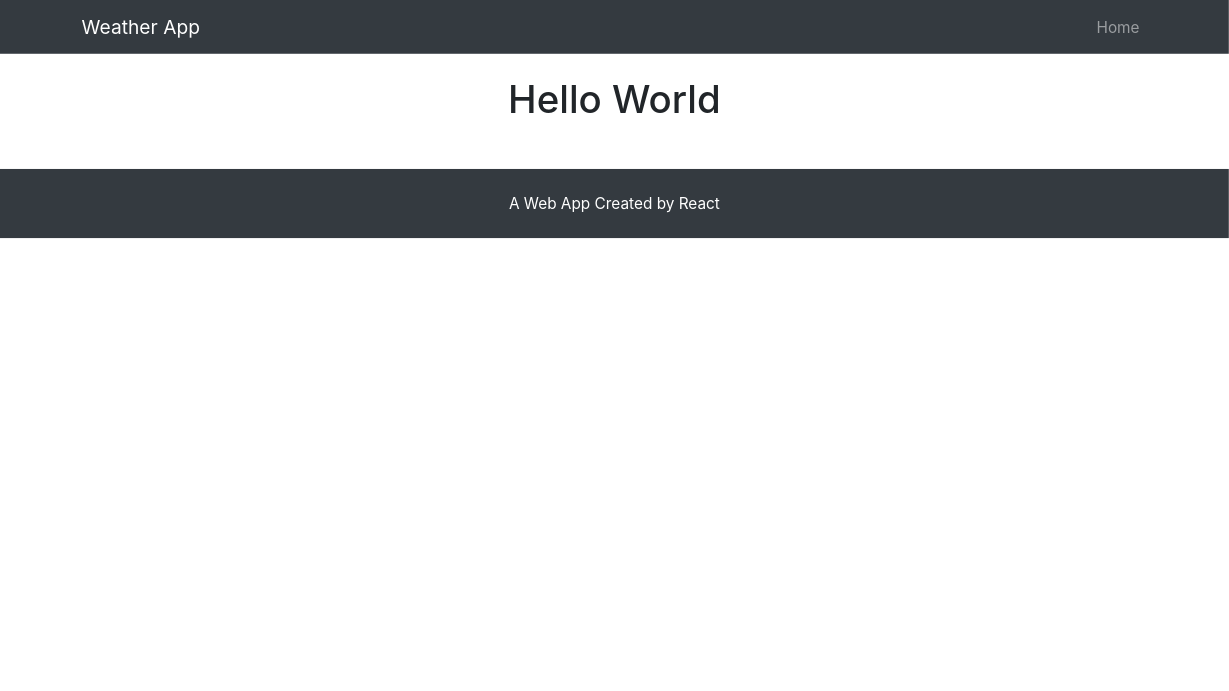
Repository: smk87/weather-app-react
Page: /weather/2344116
These files come from the project's save history. The page is drawn as it stood at one moment and after a run of saves; the edit follows.
The browser window is 1280 px wide. The pictures show the whole page, at 96% of full size.
The page's requests for data from a server got no answer. Some web libraries are served in a nearby version. The project was rebuilt for these pictures with package versions that can differ from the ones it lists, and the page was loaded fresh each time. A package was used in the major version that the imports need, not the one package.json lists. No one was signed in, and anything a server would have sent is missing. Also part of the build but not shown: src/components/Home.js.

Above is the page before, as saved 2019-02-06 20:09:18.

### public/index.html
<!DOCTYPE html>
<html lang="en">
  <head>
    <meta charset="utf-8" />
    <link rel="shortcut icon" href="%PUBLIC_URL%/favicon.ico" />
    <meta
      name="viewport"
      content="width=device-width, initial-scale=1, shrink-to-fit=no"
    />
    <meta name="theme-color" content="#000000" />
    <!--
      manifest.json provides metadata used when your web app is added to the
      homescreen on Android. See https://developers.google.com/web/fundamentals/web-app-manifest/
    -->
    <link rel="manifest" href="%PUBLIC_URL%/manifest.json" />
    <link
      rel="stylesheet"
      href="https://stackpath.bootstrapcdn.com/bootstrap/4.2.1/css/bootstrap.min.css"
      integrity="sha384-GJzZqFGwb1QTTN6wy59ffF1BuGJpLSa9DkKMp0DgiMDm4iYMj70gZWKYbI706tWS"
      crossorigin="anonymous"
    />
    <script
      defer
      src="https://use.fontawesome.com/releases/v5.6.3/js/all.js"
      integrity="sha384-EIHISlAOj4zgYieurP0SdoiBYfGJKkgWedPHH4jCzpCXLmzVsw1ouK59MuUtP4a1"
      crossorigin="anonymous"
    ></script>
    <!--
      Notice the use of %PUBLIC_URL% in the tags above.
      It will be replaced with the URL of the `public` folder during the build.
      Only files inside the `public` folder can be referenced from the HTML.

      Unlike "/favicon.ico" or "favicon.ico", "%PUBLIC_URL%/favicon.ico" will
      work correctly both with client-side routing and a non-root public URL.
      Learn how to configure a non-root public URL by running `npm run build`.
    -->
    <title>Weather App</title>
  </head>
  <body>
    <noscript>You need to enable JavaScript to run this app.</noscript>
    <div id="root"></div>
    <!--
      This HTML file is a template.
      If you open it directly in the browser, you will see an empty page.

      You can add webfonts, meta tags, or analytics to this file.
      The build step will place the bundled scripts into the <body> tag.

      To begin the development, run `npm start` or `yarn start`.
      To create a production bundle, use `npm run build` or `yarn build`.
    -->

    <script
      src="https://code.jquery.com/jquery-3.3.1.slim.min.js"
      integrity="sha384-q8i/X+965DzO0rT7abK41JStQIAqVgRVzpbzo5smXKp4YfRvH+8abtTE1Pi6jizo"
      crossorigin="anonymous"
    ></script>
    <script
      src="https://cdnjs.cloudflare.com/ajax/libs/popper.js/1.14.6/umd/popper.min.js"
      integrity="sha384-wHAiFfRlMFy6i5SRaxvfOCifBUQy1xHdJ/yoi7FRNXMRBu5WHdZYu1hA6ZOblgut"
      crossorigin="anonymous"
    ></script>
    <script
      src="https://stackpath.bootstrapcdn.com/bootstrap/4.2.1/js/bootstrap.min.js"
      integrity="sha384-B0UglyR+jN6CkvvICOB2joaf5I4l3gm9GU6Hc1og6Ls7i6U/mkkaduKaBhlAXv9k"
      crossorigin="anonymous"
    ></script>
  </body>
</html>

### src/App.js
import React, { Component } from "react";
import { BrowserRouter as Router, Route, Switch } from "react-router-dom";
import logo from "./logo.svg";
import "./App.css";

//Import All Components
import NavBar from "./components/NavBar";
import Footer from "./components/Footer";
import Home from "./components/Home";
import DetailedWeather from "./components/DetailedWeather";

class App extends Component {
  render() {
    return (
      <Router>
        <div className="App">
          <NavBar />
          <Route exact path="/" component={Home} />
          <Route exact path="/search/:keyword" component={Home} />
          <Route exact path="/weather/:woeid" component={DetailedWeather} />
          <Footer />
        </div>
      </Router>
    );
  }
}

export default App;

### src/components/NavBar.js
import React, { Component } from "react";
import { Link } from "react-router-dom";

export default class NavBar extends Component {
  render() {
    return (
      <div>
        <nav className="navbar navbar-expand-sm navbar-dark bg-dark mb-4">
          <div className="container">
            <Link className="navbar-brand" to="/">
              Weather App
            </Link>
            <button
              className="navbar-toggler"
              type="button"
              data-toggle="collapse"
              data-target="#mobile-nav"
            >
              <span className="navbar-toggler-icon" />
            </button>

            <div className="collapse navbar-collapse" id="mobile-nav">
              <ul className="navbar-nav mr-auto" />
              <ul className="navbar-nav ml-auto">
                <li className="nav-item">
                  <Link className="nav-link" to="/">
                    Home
                  </Link>
                </li>
              </ul>
            </div>
          </div>
        </nav>
      </div>
    );
  }
}

### src/components/Footer.js
import React from "react";

export default function Footer() {
  return (
    <footer className="bg-dark text-white mt-5 p-4 text-center">
      A Web App Created by React
    </footer>
  );
}

### src/components/DetailedWeather.js
import React, { Component } from "react";

export default class DetailedWeather extends Component {
  render() {
    return (
      <div>
        <h1>Hello World</h1>
      </div>
    );
  }
}

### src/components/Weather.js
import React, { Component } from "react";
import axios from "axios";
import { Link } from "react-router-dom";

export default class Weather extends Component {
  constructor() {
    super();

    this.state = {
      cityname: "",
      id: "",
      temp: "",
      maxtemp: "",
      mintemp: "",
      logo: ""
    };
  }

  componentWillMount() {
    this.setState({ id: this.props.id });

    const url = `weather/weather.php?command=location&woeid=${this.props.id}`;
    // console.log(url);
    axios
      .get(url) //Used proxy to connect with local wamp server
      .then(res => {
        // console.log(res.data);

        switch (res.data.consolidated_weather[0].weather_state_name) {
          case "Snow":
            this.setState({
              logo: "https://www.metaweather.com/static/img/weather/sn.svg"
            });
            break;
          case "Sleet":
            this.setState({
              logo: "https://www.metaweather.com/static/img/weather/sl.svg"
            });
            break;
          case "Hail":
            this.setState({
              logo: "https://www.metaweather.com/static/img/weather/h.svg"
            });
            break;
          case "Thunderstorm":
            this.setState({
              logo: "https://www.metaweather.com/static/img/weather/t.svg"
            });
            break;
          case "Heavy Rain":
            this.setState({
              logo: "https://www.metaweather.com/static/img/weather/hr.svg"
            });
            break;
          case "Light Rain":
            this.setState({
              logo: `https://www.metaweather.com/static/img/weather/lr.svg`
            });
            break;
          case "Showers":
            this.setState({
              logo: "https://www.metaweather.com/static/img/weather/s.svg"
            });
            break;
          case "Heavy Cloud":
            this.setState({
              logo: "https://www.metaweather.com/static/img/weather/hc.svg"
            });
            break;
          case "Light Cloud":
            this.setState({
              logo: "https://www.metaweather.com/static/img/weather/lc.svg"
            });
            break;
          case "Clear":
            this.setState({
              logo: "https://www.metaweather.com/static/img/weather/c.svg"
            });
            break;
        }
        this.setState({
          cityname: res.data.title,
          temp: res.data.consolidated_weather[0].the_temp.toPrecision(3),
          maxtemp: res.data.consolidated_weather[0].max_temp.toPrecision(3),
          mintemp: res.data.consolidated_weather[0].min_temp.toPrecision(3)
        });
      })
      .catch(err => console.log(err));
  }

  render() {
    const newTo = {
      pathname: `/weather/${this.state.id}`
    };
    return (
      <div className=" mt-5 mx-auto h-50 w-25 card">
        <img
          src={this.state.logo}
          className="card-img-top pl-2 pr-2"
          alt="..."
        />
        <div className="card-body">
          <div className="card-text">
            <h2>{this.state.cityname}</h2>
          </div>
          <div className="card-text">
            <h5>Temparature: </h5> {this.state.temp}
            <span>&#8451;</span>
          </div>
          <div className="card-text">
            {" "}
            <h5>Maximum Temparature: </h5> {this.state.maxtemp}
            <span>&#8451;</span>
          </div>
          <div className="card-text">
            {" "}
            <h5>Minimum Temparature: </h5>
            {this.state.mintemp}
            <span>&#8451;</span>
          </div>
          <p />
          <Link to={newTo}>
            <button type="button" className="btn btn-success">
              View Details
            </button>
          </Link>
        </div>
      </div>
    );
  }
}

Loaded but not shown: src/index.js (common file); src/index.css (common file); src/serviceWorker.js (common file); src/App.css (common file)

After the next 2 saves:
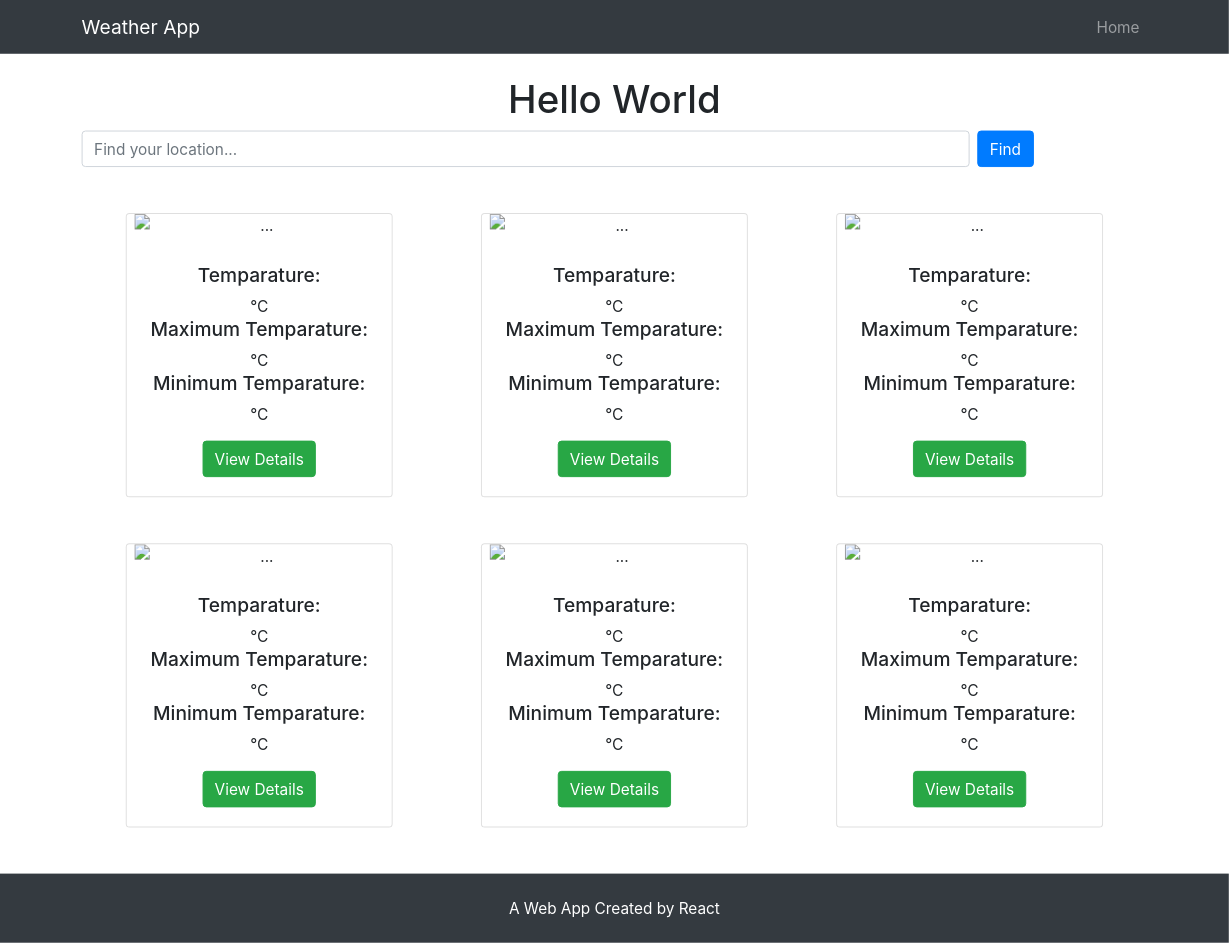
The 2 saves are shown as one change because 1 did not build or start.
The last was saved 2 min 6 s later.
--- a/src/components/DetailedWeather.js
+++ b/src/components/DetailedWeather.js
@@ -1,10 +1,56 @@
 import React, { Component } from "react";
+import Weather from "./Weather";
 
 export default class DetailedWeather extends Component {
+  constructor() {
+    super();
+
+    this.state = {
+      search: ""
+    };
+  }
+  onChange = e => {
+    this.setState({
+      [e.target.name]: e.target.value
+    });
+  };
+  onSubmit = e => {
+    e.preventDefault();
+    console.log(this.state);
+  };
+
   render() {
     return (
       <div>
         <h1>Hello World</h1>
+        <div className="container">
+          <form onSubmit={this.onSubmit} action="#" className="form-inline">
+            <input
+              type="text"
+              name="search"
+              className="form-control col-md-10"
+              placeholder="Find your location..."
+              value={this.state.search}
+              onChange={this.onChange}
+            />
+            <input
+              type="submit"
+              className="ml-2 btn btn-primary"
+              value="Find"
+            />
+          </form>
+
+          <form className="form-inline">
+            <Weather id="2344116" />
+            <Weather id="638242" />
+            <Weather id="44418" />
+          </form>
+          <form className="form-inline">
+            <Weather id="565346" />
+            <Weather id="560743" />
+            <Weather id="9807" />
+          </form>
+        </div>
       </div>
     );
   }
